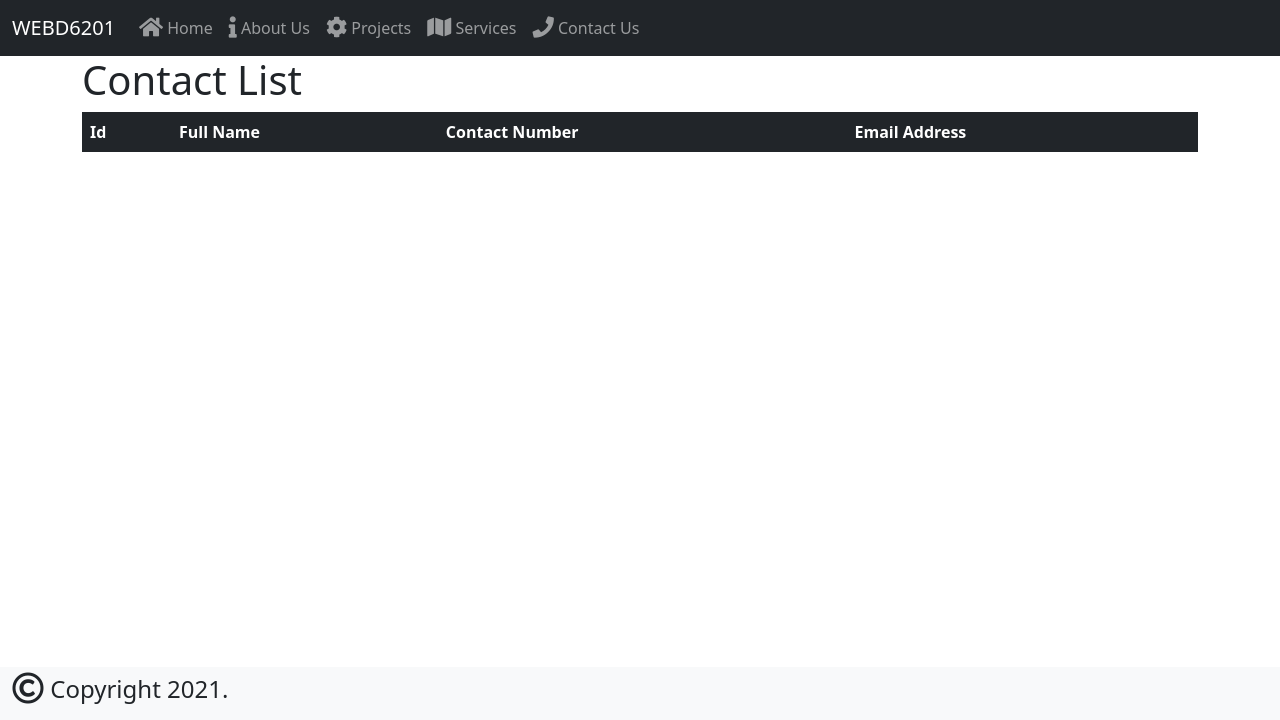
Repository: CKM206/WEBD6201-W2021-ICE2
Page: contact-list.html
The author's editor kept a copy of each file at every save. The page is drawn from the files as they stood at one save, then again after the next save.
The browser window is 1280 px wide. The pictures show the whole page.

Above is the page before, as saved 2021-01-28 10:00:54.

### contact-list.html
<!DOCTYPE html>
<html lang="en">
<head>
    <meta charset="UTF-8">
    <meta name="viewport" content="width=device-width, initial-scale=1.0">
    <title>Contact List</title>
    <!-- CSS Section -->
    <link rel="stylesheet" href="./node_modules/bootstrap/dist/css/bootstrap.min.css">
    <link rel="stylesheet" href="./node_modules/@fortawesome/fontawesome-free/css/all.min.css">
    <link rel="stylesheet" href="./Content/app.css">
</head>
<body>
    <!-- Main Header -->
    <header>
        <!-- Main Navigation -->
        <nav class="navbar navbar-expand-lg navbar-dark bg-dark">
            <div class="container-fluid">
              <a class="navbar-brand" href="index.html">WEBD6201</a>
              <button class="navbar-toggler" type="button" data-bs-toggle="collapse" data-bs-target="#navbarSupportedContent" aria-controls="navbarSupportedContent" aria-expanded="false" aria-label="Toggle navigation">
                <span class="navbar-toggler-icon"></span>
              </button>
              <div class="collapse navbar-collapse" id="navbarSupportedContent">
                <ul class="navbar-nav me-auto mb-2 mb-lg-0">
                  <li class="nav-item">
                    <a class="nav-link" aria-current="page" href="index.html"><i class="fas fa-home fa-lg"></i> Home</a>
                  </li>

                  <li class="nav-item">
                    <a class="nav-link" aria-current="page" href="about.html"><i class="fas fa-info fa-lg"></i> About Us</a>
                  </li>

                  <li class="nav-item">
                    <a class="nav-link" aria-current="page" href="projects.html"><i class="fas fa-cog fa-lg"></i> Projects</a>
                  </li>

                  <li class="nav-item">
                    <a class="nav-link" aria-current="page" href="services.html"><i class="fas fa-map fa-lg"></i> Services</a>
                  </li>

                  <li class="nav-item">
                    <a class="nav-link" aria-current="page" href="contact.html"><i class="fas fa-phone fa-lg"></i> Contact Us</a>
                  </li>
                </ul>
              </div>
            </div>
          </nav>
    </header>

    <!-- Main Content -->
    <main class="container">
        <h1>Contact List</h1>
        <table class="table table-striped table-hover">
            <thead class="table table-dark">
              <tr>
                <th scope="col">Id</th>
                <th scope="col">Full Name</th>
                <th scope="col">Contact Number</th>
                <th scope="col">Email Address</th>
              </tr>
            </thead>
            <tbody id="contactList">
            </tbody>
          </table>




    </main>

    <!-- Main Footer -->
    <footer>
        <nav class="navbar fixed-bottom navbar-light bg-light">
            <div class="container-fluid">
              <h4><i class="far fa-copyright fa-lg"></i> Copyright 2021.</h4>
            </div>
          </nav>
    </footer>

    <!-- Script Section-->
    <script src="./node_modules/jquery/dist/jquery.min.js"></script>
    <script src="./node_modules/bootstrap/dist/js/bootstrap.bundle.min.js"></script>
    <script src="./Scripts/contact.js"></script>
    <script src="./Scripts/app.js"></script>
</body>
</html>

### Scripts/contact.js
"use strict"

// Contact Class
class Contact {


    // Getters
    get FullName() {
        return this.m_fullName;
    }
    get ContactNumber() {
        return this.m_contactNumber;
    }
    get EmailAddress() {
        return this.m_emailAddress;
    }
    // Setters
    set FullName(fullName) {
        this.m_fullName = fullName;
    }
    set ContactNumber(contactNumber) {
        this.m_contactNumber = contactNumber;
    }
    set EmailAddress(emailAddress) {
        this.m_emailAddress = emailAddress;
    }
    // Constructor
    /**
     * Contact Class Constructor
     * @param {string} fullName
     * @param {string} contactNumber
     * @param {string} emailAddress
     */
    constructor(fullName = "", contactNumber = "", emailAddress = "") {
        this.FullName = fullName;
        this.ContactNumber = contactNumber;
        this.EmailAddress = emailAddress;
    }
    // Methods

    /**
     * toString() - This method is used to convert a Contact object into a string.
     *            it overrides the built-in toString() function.
     * @returns {string}
     */
    toString() {
        return `Full Name     : ${this.m_fullName}\nContact Number: ${this.m_contactNumber}\nEmail Address : ${this.m_emailAddress}`;
    }

    /**
     *  toJSON() - This method is used to convert an object of the Contact class
     *           into a JSON object made up of the Contact class properties.
     * @returns {object}
     */
    toJSON() {
        return {
            "fullName": this.FullName,
            "contactNumber": this.ContactNumber,
            "emailAddress": this.EmailAddress
        }
    }

    /**
     * serialize() - This method converts an Object of the Contact class into a comma-
     *             seperated value string
     *
     * @returns {string}
     */
    serialize() {
        if (this.FullName !== "" && this.ContactNumber !== "" && this.EmailAddress !== "")
        {
            return `${this.FullName},${this.ContactNumber},${this.EmailAddress}`;
        }
        else
        {
            console.error("Error: One or more Contact Properties are empty.");
            return null;
        }
    }

    /**
     * deserialize() - This method takes a comma-separated data string and assigns the
     *               values to a Contact Class Objects properties
     *
     * @param {string} data
     * @returns {void}
     */
    deserialize(data) {
        // This will split up the values found in data, delimmited by commas
        //-into a property Array.
        let propertyArray = data.split(",");

        this.FullName = propertyArray[0];
        this.ContactNumber = propertyArray[1];
        this.EmailAddress = propertyArray[2];
    }
}

### Scripts/app.js
/* custom JavaScript goes here */

//IIFE - Immediately Invoked Function Expression
//AKA - Anonymous Self-Executing Function
//Closure - limits scope leak

"use strict";

let myContact =
{
  "fullName":"Tom Smith",
  "contactNumber":"4165555555",
  "emailAddress":"tom@example.com",
  "saysHello": function() {
    console.log('${fullName} says hello!');
  },
  "someOtherObject": {
    "friendsList": [
      "Peter Parker", "Tony Stark", "Stephen Strange"
    ]
  }
};

(function () {
  function displayHome() {
    let paragraphOneText =
      "This is a simple site to demonstrate DOM Manipulation for ICE 1";

    let paragraphOneElement = document.getElementById("paragraphOne");

    paragraphOneElement.textContent = paragraphOneText;
    paragraphOneElement.className = "fs-5";

    // Step 1. document.createElement
    let newParagraph = document.createElement("p");
    // Step 2. configure the element
    newParagraph.setAttribute("id", "paragraphTwo");
    newParagraph.textContent = "...And this is paragraph two";
    // Step 3. select the parent element
    let mainContent = document.getElementsByTagName("main")[0];
    // Step 4. Add / Insert the element
    mainContent.appendChild(newParagraph);

    newParagraph.className = "fs-6";

    // another way of injecting content
    let paragraphDiv = document.createElement("div");
    let paragraphThree = `<p id="paragraphThree" class="fs-7 fw-bold">And this is the Third Paragraph</p>`;
    paragraphDiv.innerHTML = paragraphThree;

    // insertions

    // example of inserting before a node
    //newParagraph.before(paragraphDiv);

    // example of inserting after a node
    newParagraph.after(paragraphDiv);

    // deletions

    // example of removing a single element
    //paragraphOneElement.remove();

    // example of removeChild
    mainContent.removeChild(paragraphOneElement);

    // update / modification
    //mainContent.firstElementChild.textContent = "Welcome Home!";

    mainContent.innerHTML = `<h1 id="firstHeading">Welcome to WEBD6201 - Lab 1</h1>
         <p id="paragraphOne" class="fs-3 fw-bold">This is my first Paragraph</p>
        `;

  }

  function displayAbout() {

  }

  function displayProjects() {

  }

  function displayServices() {

  }

  function displayContact() {
    let messageArea = document.getElementById("messageArea");
    messageArea.hidden = true;

    // form validation
    let fullName = document.getElementById("fullName");
    fullName.addEventListener("blur", function () {
      if (fullName.value.length < 2) {
        fullName.focus();
        fullName.select();
        messageArea.hidden = false;
        messageArea.className = "alert alert-danger";
        messageArea.textContent = "Please enter an appropriate Name";
      } else {
        messageArea.removeAttribute("class");
        messageArea.hidden = true;
      }
    });

    let sendButton = document.getElementById("sendButton");
    sendButton.addEventListener("click", function (event) {
      event.preventDefault();

      let contact = new Contact(fullName.value, contactNumber.value, emailAddress.value);
      if(contact.serialize() !== null)
      {
        localStorage.setItem((localStorage.length + 1).toString(), contact.serialize());
      }
      });
  }

  function displayContactList() {

    if(localStorage.length > 0)
    {
      let contactList = document.getElementById("contactList");
      let data = "";

      for (let index = 0; index < localStorage.length; index++)
      {
        let contactData = localStorage.getItem(index + 1).toString();
        let contact = new Contact();
        contact.deserialize(contactData);

        data += `<tr>
        <th scope="row">${index +1}</th>
        <td>${contact.FullName}</td>
        <td>${contact.ContactNumber}</td>
        <td>${contact.EmailAddress}</td>
       </tr>`;

      }

      contactList.innerHTML = data;
    }

  }

  function Start() {
    console.log("App Started...");

    switch (document.title) {
      case "Home":
        displayHome();
        break;
      case "About":
        displayAbout();
        break;
      case "Projects":
        displayProjects();
        break;
      case "Services":
        displayServices();
        break;
      case "Contact":
        displayContact();
        break;
      case "Contact List":
        displayContactList();
        break;
    }

  }

  window.addEventListener("load", Start);

})();

Loaded but not shown: node_modules/bootstrap/dist/css/bootstrap.min.css (library); node_modules/@fortawesome/fontawesome-free/css/all.min.css (library); Content/app.css (common file); node_modules/jquery/dist/jquery.min.js (library); node_modules/bootstrap/dist/js/bootstrap.bundle.min.js (library)

After the next save:
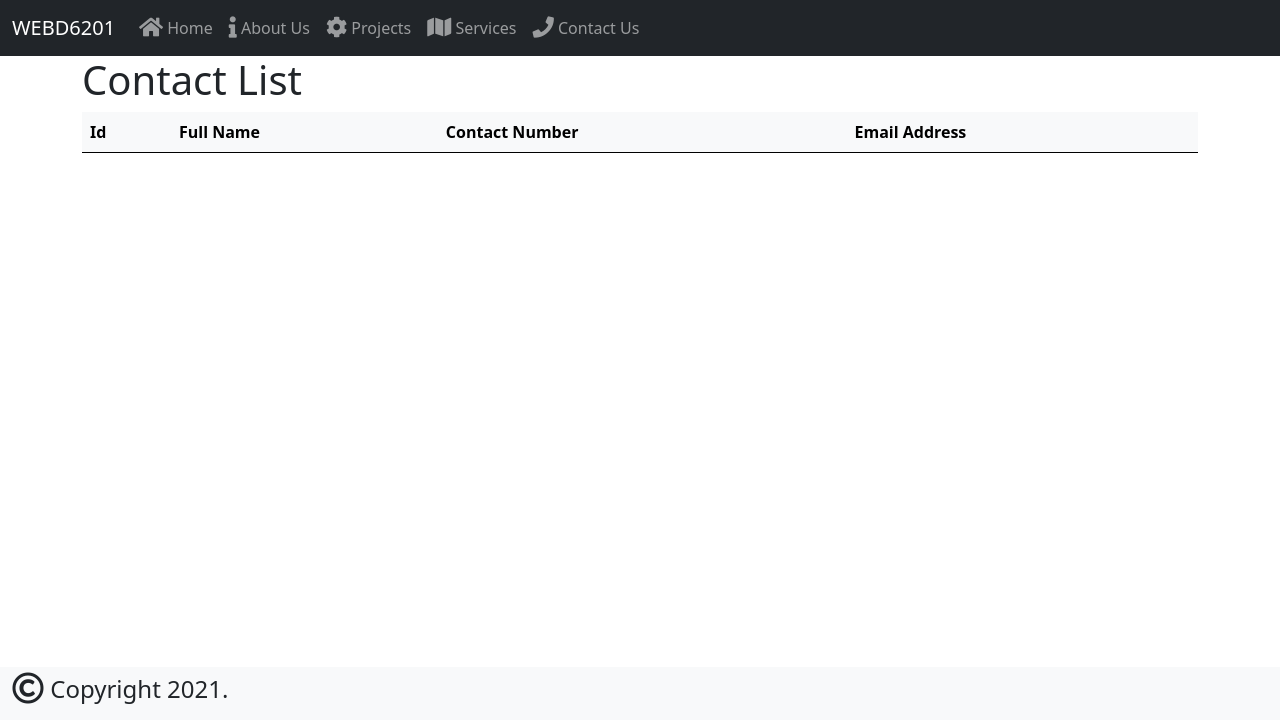
Saved 9 s later.
--- a/contact-list.html
+++ b/contact-list.html
@@ -50,7 +50,7 @@
     <main class="container">
         <h1>Contact List</h1>
         <table class="table table-striped table-hover">
-            <thead class="table table-dark">
+            <thead class="table table-light">
               <tr>
                 <th scope="col">Id</th>
                 <th scope="col">Full Name</th>
